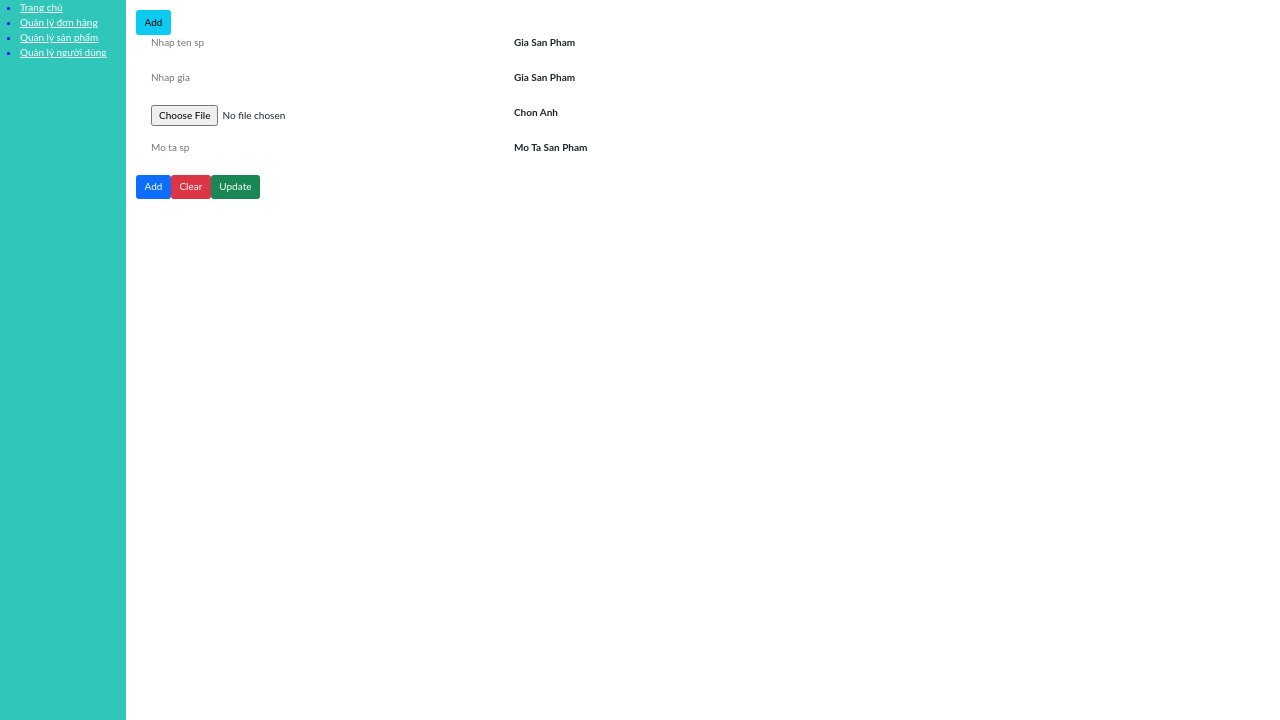
Repository: Hothidani/React
Page: /AllProduct (app in exa/my-react-router-A/)
These files come from the project's save history. The page is drawn as it stood at one moment and after the next save; the edit follows.
The browser window is 1280 px wide. The pictures show the whole page.
The page's requests for data from a server got no answer. The project was rebuilt for these pictures with package versions that can differ from the ones it lists, and the page was loaded fresh each time. No one was signed in, and anything a server would have sent is missing. Also part of the build but not shown: exa/my-react-router-A/src/component/Navigation.js, exa/my-react-router-A/src/component/Home.js, exa/my-react-router-A/src/component/About.js, exa/my-react-router-A/src/component/Service.js, exa/my-react-router-A/src/component/Contact.js, exa/my-react-router-A/src/component/Add.js, exa/my-react-router-A/src/component/QLuser.js, exa/my-react-router-A/src/QLOrder.css and 1 more.

Above is the page before, as saved 2021-05-11 17:40:07.

### exa/my-react-router-A/public/index.html
<!DOCTYPE html>
<html lang="en">
  <head>
    <meta charset="utf-8" />
    <link rel="icon" href="%PUBLIC_URL%/favicon.ico" />
    <meta name="viewport" content="width=device-width, initial-scale=1" />
    <meta name="theme-color" content="#000000" />

    <meta
      name="description"
      content="Web site created using create-react-app"
    />
    <link rel="apple-touch-icon" href="%PUBLIC_URL%/logo192.png" />
    <!--
      manifest.json provides metadata used when your web app is installed on a
      user's mobile device or desktop. See https://developers.google.com/web/fundamentals/web-app-manifest/
    -->
    <link rel="manifest" href="%PUBLIC_URL%/manifest.json" />
    <link href="%PUBLIC_URL%/../../src/index.css">
    <link rel="stylesheet" href="https://maxcdn.bootstrapcdn.com/bootstrap/3.4.1/css/bootstrap.min.css">
    <script src="https://ajax.googleapis.com/ajax/libs/jquery/3.5.1/jquery.min.js"></script>
    <script src="https://maxcdn.bootstrapcdn.com/bootstrap/3.4.1/js/bootstrap.min.js"></script>
    <!--
      Notice the use of %PUBLIC_URL% in the tags above.
      It will be replaced with the URL of the `public` folder during the build.
      Only files inside the `public` folder can be referenced from the HTML.

      Unlike "/favicon.ico" or "favicon.ico", "%PUBLIC_URL%/favicon.ico" will
      work correctly both with client-side routing and a non-root public URL.
      Learn how to configure a non-root public URL by running `npm run build`.
    -->
    <title>React App</title>
  </head>
  <body>
    <noscript>You need to enable JavaScript to run this app.</noscript>
    <div id="root"></div>
    <!--
      This HTML file is a template.
      If you open it directly in the browser, you will see an empty page.

      You can add webfonts, meta tags, or analytics to this file.
      The build step will place the bundled scripts into the <body> tag.

      To begin the development, run `npm start` or `yarn start`.
      To create a production bundle, use `npm run build` or `yarn build`.
    -->
  </body>
</html>

### exa/my-react-router-A/src/index.js
import React from 'react';
import ReactDOM from 'react-dom';
import App from "./App";
// import AddForm from './App';
import reportWebVitals from './reportWebVitals';

ReactDOM.render(
  <React.StrictMode>
    <App></App>
  </React.StrictMode>,
  document.getElementById('root')
);

// If you want to start measuring performance in your app, pass a function
// to log results (for example: reportWebVitals(console.log))
// or send to an analytics endpoint. Learn more: https://bit.ly/CRA-vitals
reportWebVitals();

### exa/my-react-router-A/src/App.css
.App {
  text-align: center;
}

.nav-a{
  /* display: flex;
  justify-content: space-around; */
  /* align-items: center; */
  min-height: 10vh;
  width: 10%;
  height: 100vh;
  background: rgb(48, 199, 186);
  color:blue;
}
li{
  width: 100px;
}
.nav-b{
  margin: 10px;
  width: 90%;
}
/*
.nav-link{
  width: 50%;
  display: flex;
  align-items: center;
  justify-content: space-around;
  list-style: none;
  color: black;
} */

.a{
  display: flex;
}

/* .row{
  display: flex;
  align-items: center;
} */

### exa/my-react-router-A/src/css.css
* {
    padding: 0;
    margin: 0;
    border: none;
    font-family: 'Lato', sans-serif;
    box-sizing: border-box;
}

html {
    background-color: white;
    text-rendering: optimizeLegibility;
}

.clearfix::after {
    content: "";
    display: table;
    clear: both;
}

.form-control {
    border-radius: 40px;
    border-top-left-radius: 40px;
    border-top-right-radius: 40px;
    border-bottom-right-radius: 40px;
    border-bottom-left-radius: 40px;
}

.content-input {
    width: 500px;
    /* background: #00FFFF; */
}

.content-input-flex {
    display: flex;
    justify-content: space-between;
}

.content-input-footer {
    font-size: 18px;
    display: flex;
    justify-content: center;
}

.footer-logo {
    display: flex;
    justify-content: center;
}

input[class=form-control] {
    background: transparent;
    -webkit-border-radius: 20px;
    -moz-border-radius: 20px;
    border-radius: 20px;
    border: 1px solid none;
    color: #BB0000;
    width: 100%;
    padding-left: 10px;
}

input[class=form-control]:focus {
    outline: none;
    background: #99FFFF;
    border: 1px solid #2da8d9;
    color: #f33838;
}

input[class=form-control]:hover {
    background: #CCFFFF;
    border: 1px solid #2da8d9;
}

.content-input-wrap {
    border-radius: 10px;
    border: rgb(120, 199, 223);
    background-color: rgba(156, 212, 210, 0.4);
    position: relative;
    color: rgba(255, 255, 255, 0.2);
    /* box-shadow: 0px 20px 20px rgb(0 0 0 / 10%), 0px 30px 26px rgb(0 0 0 / 10%); */
}

.content-input-wrap h3 {
    font-weight: 300;
    color: #2da8d9;
}

.content-input-wrap .social {
    width: 100%;
}

.content-input-wrap .social a {
    width: 100%;
    display: block;
    border: 1px solid #00FFFF;
    color: rgba(243, 75, 9, 0.2);
    background: #99CCFF;
}

.content-input-wrap .social a:hover {
    background: rgba(214, 106, 5, 0.2);
    color: rgba(255, 255, 255, 0.2);
    border-color: #00FFFF;
}

.buttonn{
    display: flex;
    justify-content: space-around;
    align-items: center;
    min-width: 5%;

}

### exa/my-react-router-A/src/component/AllProduct.js
// import React, { Component } from 'react';
// import axios from 'axios';
// import Add from './Add';
// import 'bootstrap/dist/css/bootstrap.min.css';


// import { NavLink } from 'react-router-dom';
// class AllProduct extends Component {
//     constructor(props) {
//         super(props);
//         this.state = {
//             product: []
//         }

//     }
//     componentDidMount() {
//         axios({
//             method: 'GET',
//             url: ' https://6093b5e8a7e53a001795161e.mockapi.io/Products',
//             data: null
//         }).then(res => {
//             this.setState({
//                 product: res.data
//             });
//         }).catch(err => {
//         });
//     }




//     // render() {
//     //     return (
//     //       <div className="row">
//     //         {this.state.product.map(element => {
//     //           return (
//     //             <div className="col-3">
//     //               <div className="card" style={{ width: '500', height: '300' }}>

//     //                 <div className="container">
//     //                   <h4><b>{element.id}</b></h4>
//     //                   <b>  {element.product_name}</b>
//     //                   <div class="spacing">
//     //                     <p>Type</p>

//     //                     <img  src={element.product_pic}   width={300} height={200}></img>
//     //                   </div>
//     //                   <div class="spacing">
//     //                     <p>Area</p>
//     //                     <p>{element.price}</p>
//     //                   </div>

//     //                   <div style={{ display: 'flex' }}> <button style={{ width: '300px' }} type="button" class="btn btn-primary" onClick={this.handleBuy}>ADD</button>
//     //                   </div>

//     //                 </div>
//     //               </div>
//     //             </div>
//     //           );
//     //         })}
//     //       </div>
//     //     );
//     //   }
//     // }

//     // componentWillUpdate() {
//     //     if (this.state.sort === true) {
//     //         axios({
//     //             method: 'GET',
//     //             url: 'http://localhost:3000/products?_sort=price&_order=asc&_limit=4',
//     //             data: null
//     //         }).then(res => {
//     //             this.setState({
//     //                 product: res.data
//     //             });
//     //         }).catch(err => {
//     //         });
//     //     } else {
//     //         axios({
//     //             method: 'GET',
//     //             url: 'http://localhost:3000/products?_sort=price&_order=desc&_limit=4',
//     //             data: null
//     //         }).then(res => {
//     //             this.setState({
//     //                 product: res.data
//     //             });
//     //         }).catch(err => {
//     //         });
//     //     }

//     // }

//     Low = () => {
//         this.setState({
//             sort: true
//         });
//     }

//     High = () => {
//         this.setState({
//             sort: false
//         });
//     }

//     onChange = (event) => {
//         var target = event.target;
//         var name = target.name;
//         var value = target.value;
//         this.setState({
//             [name]: value
//         });
//     }

// delete(e) {
// 	e.preventDefault();
//     if(window.confirm('Are you sure?'))
// {
//     fetch('https://6093b5e8a7e53a001795161e.mockapi.io/Products' + e,{
//         method:'DELETE',
//         headers:{'OK':'aplication/json',
//         'Content-Type':'aplication/json'
//     }
//     })
// }
// 	axios.delete('https://6093b5e8a7e53a001795161e.mockapi.io/Products')
// 	.then(res => console.log(res.data));
// }


//     render() {
//         var { product, keyword } = this.state;
//         return (
//             <div>

//                                          <div className="d-inline">
//                                             <NavLink to={`/Add`} >
//                                                 <button className="btn btn-info ">Add <i className="fa fa-chevron-right" /></button>
//                                                 <div className="clearfix" />
//                                             </NavLink>
//                                         </div>
//                 {this.state.product.map((product) => {
//                     return (
//                         <React.Fragment>
//                             <div className="col-sm-3 mt-4 row ">
//                                 <div className="single-item">
//                                     <div className="ribbon-wrapper">
//                                         <div className="ribbon sale">San Pham: {product.id}</div>
//                                         <div className="ribbon sale">Mo Ta: {product.describe}</div>
//                                     </div>
//                                     <div className="single-item-header">
//                                         <a><img src={product.product_pic} alt="" height="300" width="500" /></a>
//                                     </div>
//                                     <div className="single-item-body">
//                                         <p className="single-item-title text-center text-danger t">{product.product_name}</p>
//                                         <p className="single-item-price text-center">
//                                             <span className="mb-3 t">Gia: ${product.price}</span>
//                                         </p>
//                                     </div>
//                                     <div className="single-item-caption mt-1 ml-5">
//                                         <a className="add-to-cart pull-left"><i className="fa fa-shopping-cart" /></a>

//                                         <button type="submit" className="btn btn-primary  " onclick={this.onSubmit}>Update</button>
//                                         <button type="submit" onclick={this.delete} className="btn btn-danger">Delete</button>
//                                         <NavLink to="/AllProduct" className="btn btn-success">View</NavLink>
//                                         {/* <NavLink to="/AllProduct" className="btn btn-success">View</NavLink>
//                                          <div className="d-inline">
//                                             <NavLink to={`/Add`} >
//                                                 <button className="btn btn-info ">Add <i className="fa fa-chevron-right" /></button>
//                                                 <div className="clearfix" />
//                                             </NavLink>
//                                         </div> */}
//                                         {/*
//                                         <div className="d-inline">
//                                             <NavLink to={`/products/${product.id}/productdetail`}  >
//                                                 <button className="btn btn-info ">Details <i className="fa fa-chevron-right" /></button>
//                                                 <div className="clearfix" />
//                                             </NavLink>
//                                         </div> */}
//                                     </div>
//                                 </div>
//                             </div>
//                         </React.Fragment>
//                     );
//                 })}
//             </div>


//         );
//     }
// }



// export default AllProduct;


 import { NavLink } from 'react-router-dom';
 import 'bootstrap/dist/css/bootstrap.min.css';


import React, { Component } from 'react';
import axios from 'axios';
import { toast } from 'react-toastify';
//import { toast } from 'react-toastify';

class AllProduct extends Component {
    constructor(props) {
        super(props)
        this.state = {
            products: [],
            id: '',
            product_name: '',
            price: '',
            describe: '',
            product_pic:''
        }
    }

    onChange = (event) => {
        var target = event.target;
        var nam = target.name;
        var value = target.value;
        var type =target.type;
        if(type === 'file')
        {
            value = this.product_pic.value.replace(/C:\\fakepath\\/i,"./Images/");
        }
        this.setState({
            [nam]: value
        });
    }

    onClear = () => {
        this.setState({
            id: '',
            product_name: '',
            price: '',
            describe: '',
            product_pic:''
        });
    }

    // Update= ()=>{
    //     // let data = this.state.products;
    //     // data.map((item,index)=>{
    //     //     if(this.state.id===item.id){
    //     //         alert ("Id: "+item.id);
    //     //         item.product_name= this.state.product_name;
    //     //         item.product_pic= this.state.product_pic;
    //     //         item.price = parseInt(this.state.price);
    //     //         item.describe= this.state.describe;
    //             axios({
    //                 method: 'PUT',
    //                 url:`http://localhost:3000/Products/${item.id}`,
    //                 data:{
    //                     product_name: this.state.product_name,
    //                     product_pic: this.state.product_pic,
    //                     price: this.state.price,
    //                     describe: this.state.describe
    //                 }
    //             }).then (res =>{
    //                 this.setState({
    //                     products:data,
    //                     id: '',
    //                     product_name: '',
    //                     price: '',
    //                     describe: '',
    //                     product_pic:''
    //                 })
    //                  res.data = this.state.products;
    //              }).catch(err =>
    //                 {
    //                 })
    //         }
        //}
        // )      //set update items
        // this.setState({
        //     products:data,
        //     id: '',
        //     product_name: '',
        //     price: '',
        //     describe: '',
        //     product_pic:'',
        //
        //  })
       //}
    onEdit = (id) => {
        id.preventDefault();
        const pro = {
        product_name: this.state.product_name,
		product_pic: this.state.product_pic,
        price: this.state.price,
        describe: this.state.describe
        };
        axios({
            method: 'PUT',
            url: `http://localhost:3000/Products/${id}`,
            data: pro
        }).then(res => {
           res.data = pro;
           alert("Đã sửa sản phẩm thành công")
        }).catch(err => {
        });
    }
    onSave = (event) => {
        event.preventDefault();
        const pro = {
        product_name: this.state.product_name,
		product_pic: this.state.product_pic,
        price: this.state.price,
        describe: this.state.describe
        };
        axios({
            method: 'POST',
            url: `http://localhost:3000/Products`,
            data: pro
        }).then(res => {
           res.data = pro;
           alert("Đã thêm một sản phẩm thành công")
        }).catch(err => {
        });
       /* axios.post(`https://6093b5e8a7e53a001795161e.mockapi.io/Products`, pro)
            .then(res => {
                alert("Đã thêm một sản phẩm thành công")
                console.log(res);
                console.log(res.data);
            })
        this.state.products.push(pro);*/
    }

    componentDidMount() {
        axios({
            method: 'GET',
            url: '  http://localhost:3000/Products',
            data: null
        }).then(res => {
            this.setState({
                products: res.data
            });
        }).catch(err => {
        });
    }




    onDelete = (id) => {
        alert ("Delete");
        this.setState({
          products:this.state.products.filter(item=>item.id!=id)
        })
       axios({
          method: 'DELETE',
          url:`http://localhost:3000/Products/${id}`,
      }).then (res =>{
          console.log(res);
          console.log(res.data);
      }).catch(err =>{
      })
      }

    render() {
        return (
            <React.Fragment>
                <div>
                <div className="d-inline">
                                           <NavLink to={`/Add`} >
                                                <button className="btn btn-info ">Add <i className="fa fa-chevron-right" /></button>
                                               <div className="clearfix" />
                                           </NavLink >
               </div>
                    <div>
                    <form onSubmit={this.onSave}>
                    <div className="form-group">
                        <label  >Gia San Pham</label>
                        <input name="product_name" type="text" className="col-sm-4"   placeholder="Nhap ten sp"  onChange={this.onChange} />
                    </div>
                    <div className="form-group">
                        <label  >Gia San Pham</label>
                        <input name="price" type="number" className="col-sm-4"   placeholder="Nhap gia"  onChange={this.onChange}/>
                    </div>
                    <div className="form-group">
                        <label  >Chon Anh</label>
                        <input name="product_pic" ref={(input) =>{this.product_pic= input}} type="file" className="col-sm-4"  placeholder="" onChange={this.onChange} />
                    </div>
                    <div className="form-group">
                        <label  >Mo Ta San Pham</label>
                        <input name="describe" type="text" className="col-sm-4" id="motasp" placeholder="Mo ta sp" onChange={this.onChange}  />
                    </div>
                    <button type="submit"  className="btn btn-primary  ">Add</button>
                    <button type="button" onclick={this.onClear} className="btn btn-danger">Clear</button>
                    <button type="button" onClick={this.onUpdate}  className="btn btn-success">Update</button>

            </form>

                    </div>
                    {this.state.products.map(element => {
                        return (
                            <div>
                                <p>{element.id}</p>
                                <p>{element.product_name}</p>
                                <p>{element.price}</p>
                                <p>{element.describe}</p>
                                <img src={element.product_pic} alt="" height="300" width="500" />
                                <div>
                                    <NavLink to={`/Update`} >
                                                <button className="btn btn-info ">Edit </button>
                                               <div className="clearfix" />
                                           </NavLink >
                                    <NavLink to =" /Update" type="button" onClick={this.onEdit}  className="btn btn-success">Update</NavLink>
                                    <button type="button" onClick={this.onEdit}  className="btn btn-success">Edit</button>
                                    <button type="button"  onClick={()=>this.onDelete(element.id)} className="btn btn-danger">Delete</button>
                                </div>
                            </div>
                        );
                    })}
                </div>
            </React.Fragment>
        );
    }
}

class Update extends Component {
    render() {
        return (
            <React.Fragment>
                <div>
                <form onSubmit={this.onEdit}>
                    <div className="form-group">
                        <label  >Gia San Pham</label>
                        <input name="product_name" type="text" className="col-sm-4"   placeholder="Nhap ten sp"  onChange={this.onChange} />
                    </div>
                    <div className="form-group">
                        <label  >Gia San Pham</label>
                        <input name="price" type="number" className="col-sm-4"   placeholder="Nhap gia"  onChange={this.onChange}/>
                    </div>
                    <div className="form-group">
                        <label  >Chon Anh</label>
                        <input name="product_pic" ref={(input) =>{this.product_pic= input}} type="file" className="col-sm-4"  placeholder="" onChange={this.onChange} />
                    </div>
                    <div className="form-group">
                        <label  >Mo Ta San Pham</label>
                        <input name="describe" type="text" className="col-sm-4" id="motasp" placeholder="Mo ta sp" onChange={this.onChange}  />
                    </div>
                    <button type="submit"  className="btn btn-primary  ">Save</button>

            </form>
                </div>
            </React.Fragment>
        );
    }
}

export default AllProduct;

### exa/my-react-router-A/src/QLuser.css
 td {
     padding: 5px;
    border: 1px solid black;
    border-collapse: collapse;
  }
  th{
    border: 1px solid black;
    border-collapse: collapse;
      text-align: center;
  }
  table{
      width: 100%;
      border: 1px solid black;
    border-collapse: collapse;
  }

Loaded but not shown: exa/my-react-router-A/src/reportWebVitals.js (common file); exa/my-react-router-A/src/App.js (53 lines, source omitted); exa/my-react-router-A/src/component/Routes.js (63 lines, source omitted)

After the next save:
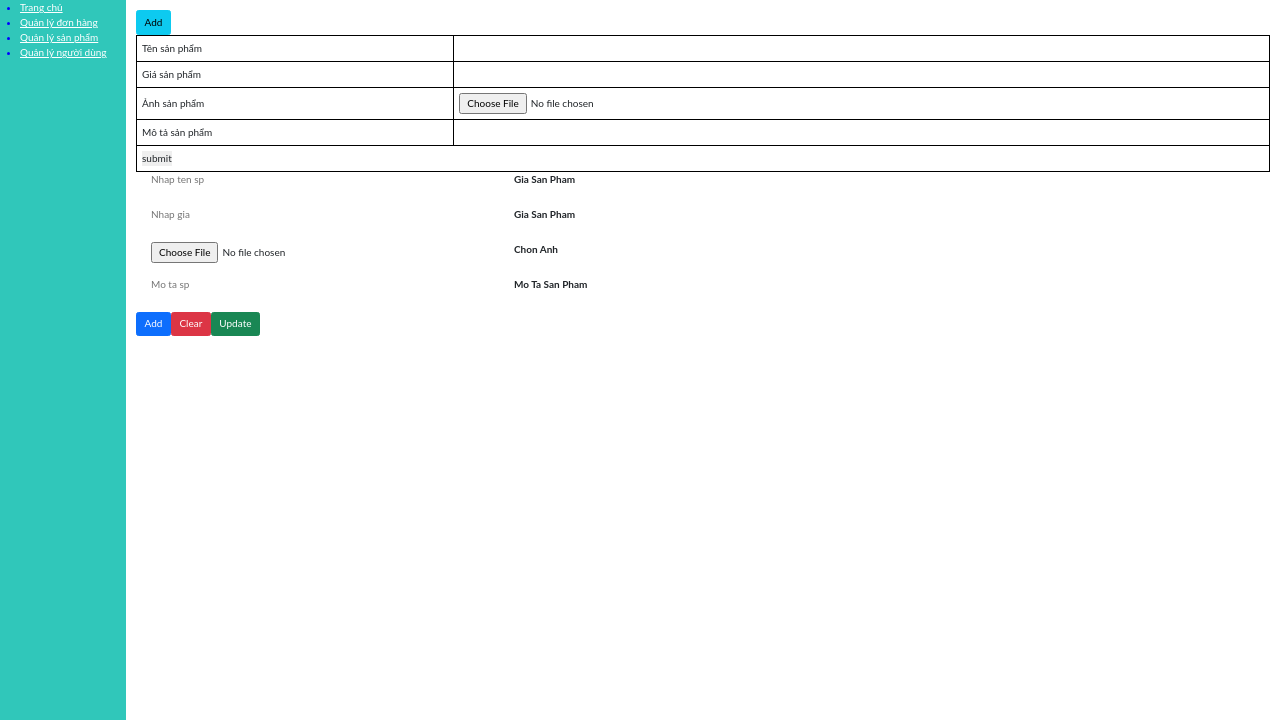
Saved 30 min 29 s later.
--- a/exa/my-react-router-A/src/component/AllProduct.js
+++ b/exa/my-react-router-A/src/component/AllProduct.js
@@ -370,6 +370,29 @@ class AllProduct extends Component {
                                            </NavLink >
                </div>
                     <div>
+                    <table id="myTable">
+                        <tbody><tr>
+                            <td>Tên sản phẩm</td>
+                            <td><input type="number" />
+                            </td>
+                        </tr>
+                        <tr>
+                            <td>Giá sản phẩm</td>
+                            <td><input type="number" /></td>
+                        </tr><tr>
+                        </tr><tr>
+                            <td>Ảnh sản phẩm</td>
+                            <td><input type="file" /></td>
+                        </tr><tr>
+                        </tr><tr>
+                            <td>Mô tả sản phẩm</td>
+                            <td><input type="text" /></td>
+                        </tr><tr>
+                        </tr><tr>
+                            <td colSpan={2}>
+                            <button onclick="myFunction()">submit</button>
+                            </td>
+                        </tr></tbody></table>
                     <form onSubmit={this.onSave}>
                     <div className="form-group">
                         <label  >Gia San Pham</label>
